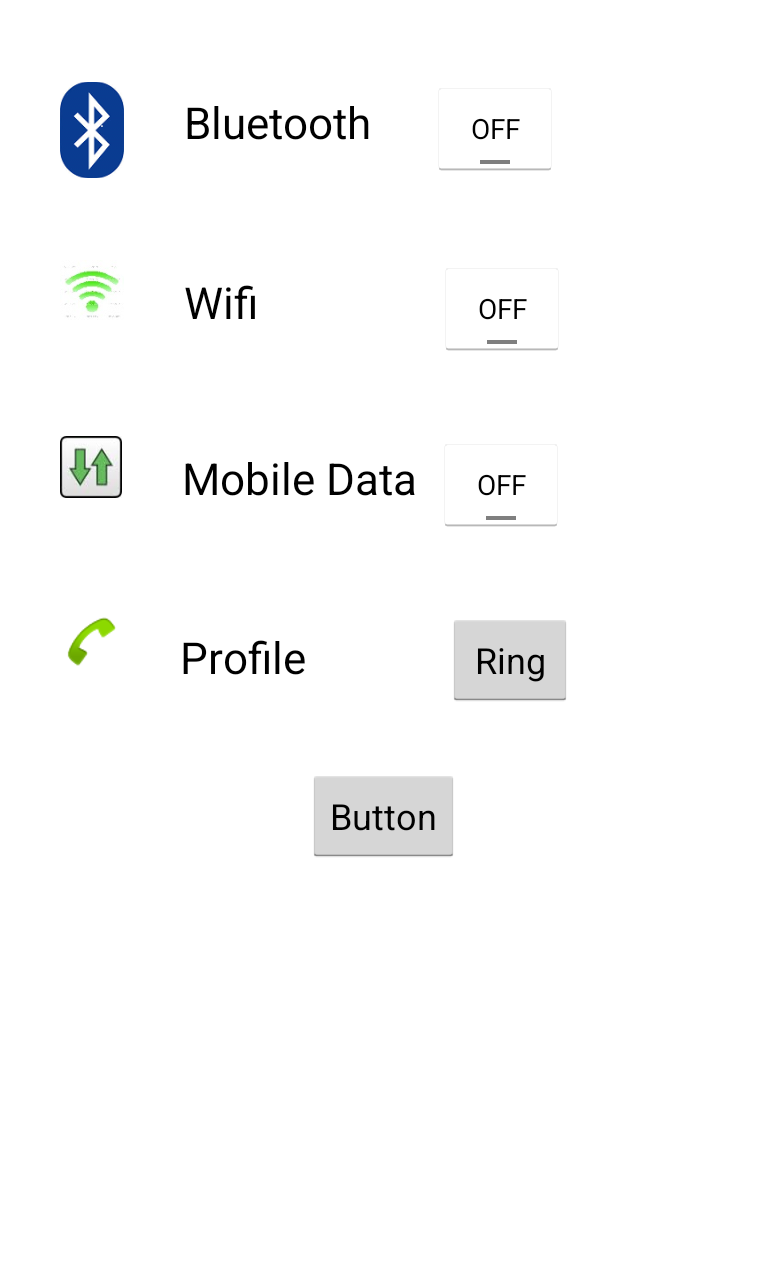
Repository: born2behappy18/meetingMiliue
Layout: MeetingMileu/res/layout/toggle.xml
The author's editor kept a copy of each file at every save. The layout is drawn from the files as they stood at one save, then again after the next save.
It is drawn on a 768 x 1280 px phone screen (xhdpi) without system bars, with theme AppTheme; the app's code is not run.

Above is the layout before, as saved 2015-10-13 10:57:46.

### MeetingMileu/res/layout/toggle.xml
<?xml version="1.0" encoding="utf-8"?>
<LinearLayout xmlns:android="http://schemas.android.com/apk/res/android"
    android:layout_width="match_parent"
    android:layout_height="match_parent"
    android:orientation="vertical" >

<LinearLayout
    android:layout_width="fill_parent"
    android:layout_height="wrap_content"
    android:orientation="horizontal"
    android:layout_marginTop="40dp" >

    <ImageView
        android:id="@+id/imageView2"
        android:layout_width="32dp"
        android:layout_height="50dp"
        android:src="@drawable/bluetooth"
        android:layout_marginLeft="30dp" />

    <TextView
        android:id="@+id/textView1"
        android:layout_width="wrap_content"
        android:layout_height="wrap_content"
        android:layout_marginLeft="30dp"
        android:text="Bluetooth"
        android:textAppearance="?android:attr/textAppearanceLarge" />

    <ToggleButton
        android:id="@+id/toggleButton1"
        android:layout_width="wrap_content"
        android:layout_height="wrap_content"
        android:text="ToggleButton"
        android:layout_marginLeft="30dp"/>
</LinearLayout>
<LinearLayout
    android:layout_width="match_parent"
    android:layout_height="wrap_content"
    android:orientation="horizontal"
    android:layout_marginTop="40dp" >

    <ImageView
        android:id="@+id/imageView3"
        android:layout_width="32dp"
        android:layout_height="30dp"
        android:layout_marginLeft="30dp"
        android:src="@drawable/wifi" />

    <TextView
        android:id="@+id/textView2"
        android:layout_width="wrap_content"
        android:layout_height="wrap_content"
        android:layout_marginLeft="30dp"
        android:text="Wifi"
        android:textAppearance="?android:attr/textAppearanceLarge" />

    <ToggleButton
        android:id="@+id/toggleButton2"
        android:layout_width="wrap_content"
        android:layout_height="wrap_content"
        android:text="ToggleButton"
        android:layout_marginLeft="90dp" />
</LinearLayout>
<LinearLayout
    android:layout_width="match_parent"
    android:layout_height="wrap_content"
    android:orientation="horizontal"
    android:layout_marginTop="40dp" >

    <ImageView
        android:id="@+id/imageView4"
        android:layout_width="31dp"
        android:layout_height="31dp"
        android:layout_marginLeft="30dp"
        android:src="@drawable/mobiledata" />

    <TextView
        android:id="@+id/textView4"
        android:layout_width="wrap_content"
        android:layout_height="wrap_content"
        android:layout_marginLeft="30dp"
        android:text="Mobile Data"
        android:textAppearance="?android:attr/textAppearanceLarge" />

    <ToggleButton
        android:id="@+id/toggleButton3"
        android:layout_width="wrap_content"
        android:layout_height="wrap_content"
        android:text="ToggleButton"
        android:layout_marginLeft="10dp"/>
</LinearLayout>
<LinearLayout
    android:layout_width="match_parent"
    android:layout_height="wrap_content"
    android:orientation="horizontal"
    android:layout_marginTop="40dp" >

    <ImageView
        android:id="@+id/imageView1"
        android:layout_marginLeft="30dp"
        android:layout_width="wrap_content"
        android:layout_height="wrap_content"
        android:src="@android:drawable/sym_action_call" />

    <TextView
        android:id="@+id/textView3"
        android:layout_width="wrap_content"
        android:layout_height="wrap_content"
        android:layout_marginLeft="30dp"
        android:text="Profile"
        android:textAppearance="?android:attr/textAppearanceLarge" />

    <Button
        android:id="@+id/button1"
        android:layout_width="wrap_content"
        android:layout_height="wrap_content"
        android:text="Ring"
        android:layout_marginLeft="70dp"/>
</LinearLayout>
    <Button
        android:id="@+id/button5"
        android:layout_width="wrap_content"
        android:layout_height="wrap_content"
        android:text="Button"
        android:layout_gravity="center_horizontal"
        android:layout_marginTop="30dp" />

</LinearLayout>

Loaded but not shown: MeetingMileu/res/values/styles.xml (common file); MeetingMileu/res/values-v11/styles.xml (common file); MeetingMileu/res/values-v14/styles.xml (common file)

After the next save:
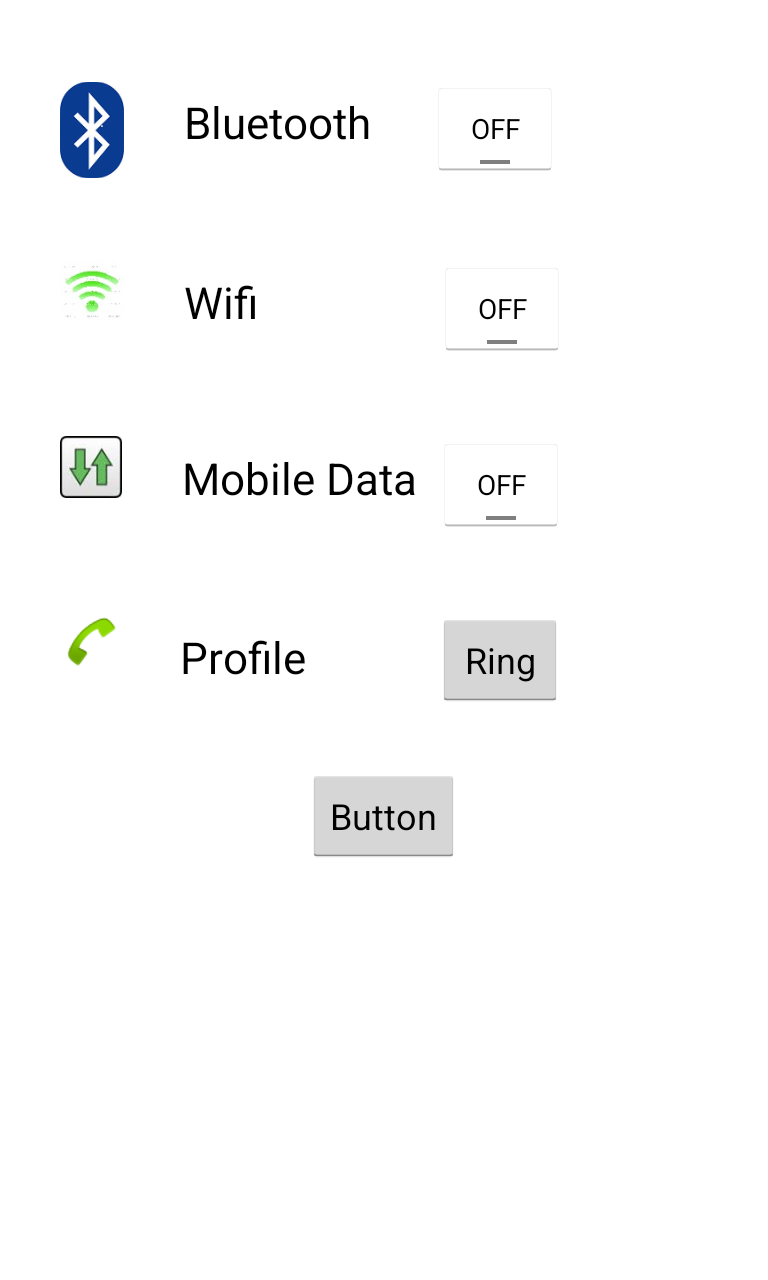
Saved 16 s later.
--- a/MeetingMileu/res/layout/toggle.xml
+++ b/MeetingMileu/res/layout/toggle.xml
@@ -114,7 +114,7 @@
         android:layout_width="wrap_content"
         android:layout_height="wrap_content"
         android:text="Ring"
-        android:layout_marginLeft="70dp"/>
+        android:layout_marginLeft="65dp"/>
 </LinearLayout>
     <Button
         android:id="@+id/button5"
